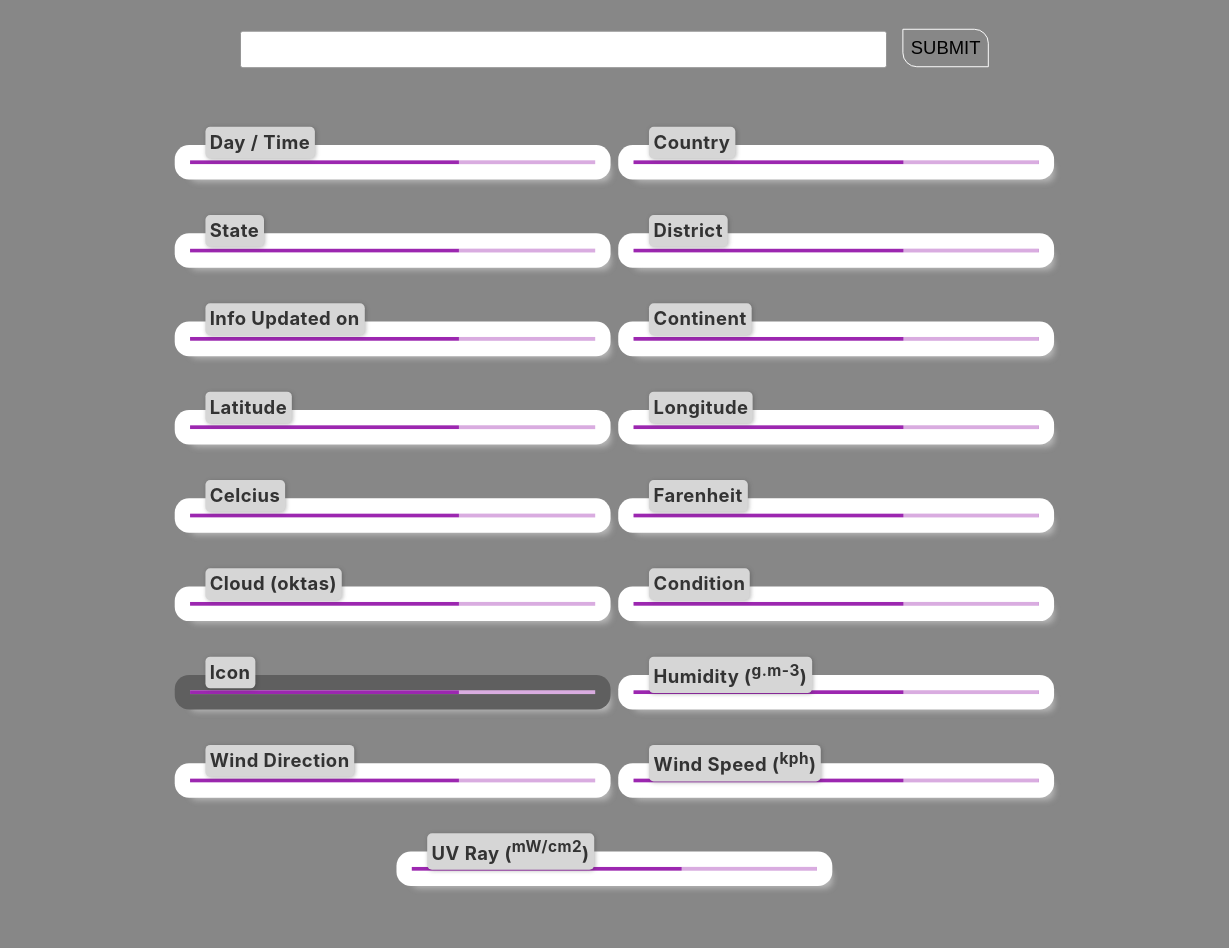
Repository: Imprasna/practising-API
Page: /
An editor plug-in stored every save of this project. The page is shown before and after a run of saves, followed by the edit.
The browser window is 1280 px wide. The pictures show the whole page, at 96% of full size.
The project was rebuilt for these pictures with package versions that can differ from the ones it lists, and the page was loaded fresh each time. Also part of the build but not shown: src/component/Country.js, src/component/Region.js, src/component/Time.js, src/component/Continent.js, src/component/District.js, src/component/Cloud.js, src/component/UpdatedWeather.js, src/component/Celcius.js and 9 more.

Above is the page before, as saved 2021-11-12 00:27:51.

After the next 3 saves:
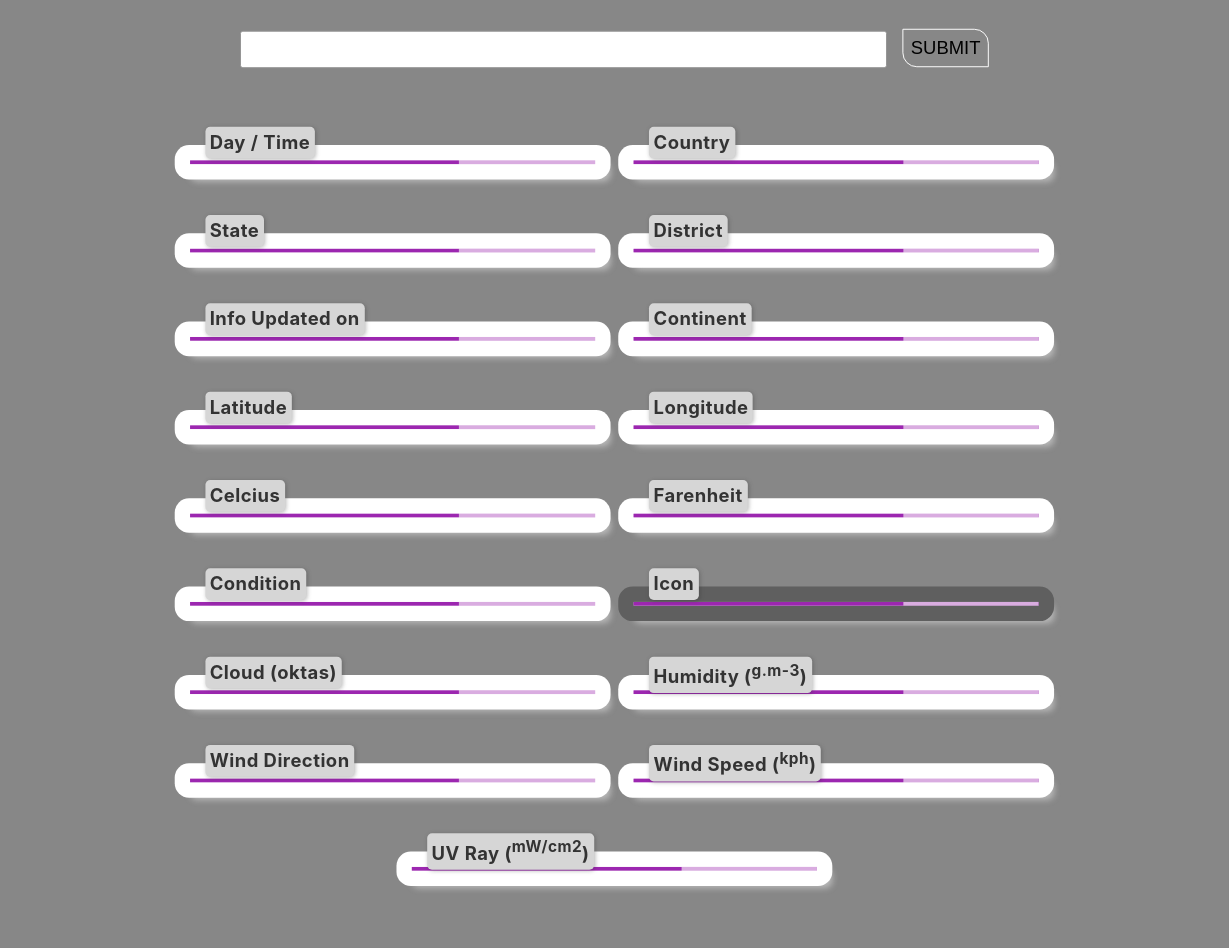
The 3 saves are shown as one change because they came seconds apart.
The last was saved 25 s later.
--- a/src/Get.js
+++ b/src/Get.js
@@ -142,11 +142,6 @@ const Get = () => {
 					<h1>Farenheit</h1>
 				</div>
 
-				<div className="cloud">
-					{loading ? (<Cloud CName={getPost} />) : (<LinearProgress  color="secondary"  />) }
-					<h1>Cloud (oktas)</h1>
-				</div>
-
 				<div className="cond">
 					{loading ? (<Condition CName={getPost} />) : (<LinearProgress  color="secondary"  />) }
 					<h1>Condition</h1>
@@ -155,6 +150,11 @@ const Get = () => {
 				<div className="icon">
 				{loading ? (<Icon CName={getPost} />) : (<LinearProgress  color="secondary"  />) }
 					<h1>Icon</h1>
+				</div>
+
+				<div className="cloud">
+					{loading ? (<Cloud CName={getPost} />) : (<LinearProgress  color="secondary"  />) }
+					<h1>Cloud (oktas)</h1>
 				</div>
 
 				<div className="hum">
